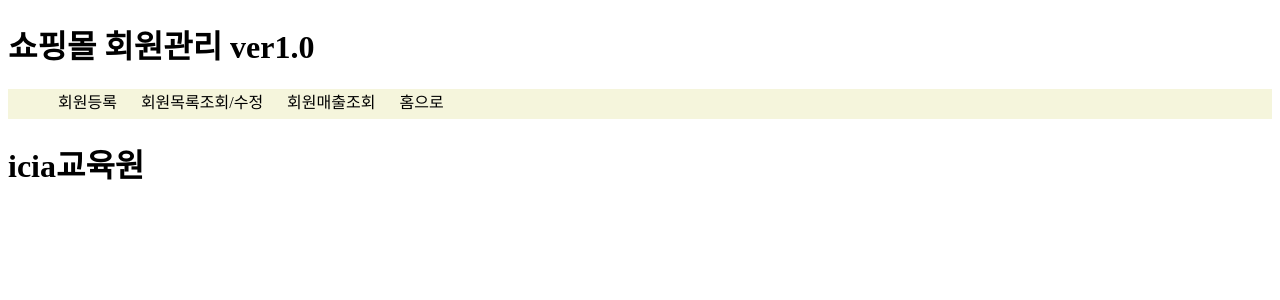
Repository: Kim-seongjun/javastudy2
Page: http://localhost/back_end_test/
The author's editor kept a copy of each file at every save. The page is drawn from the files as they stood at one save, then again after the next save.
The browser window is 1280 px wide. The pictures show the whole page.
The page is served by Tomcat 9.

Above is the page before, as saved 2020-01-22 01:08:19.

After the next save:
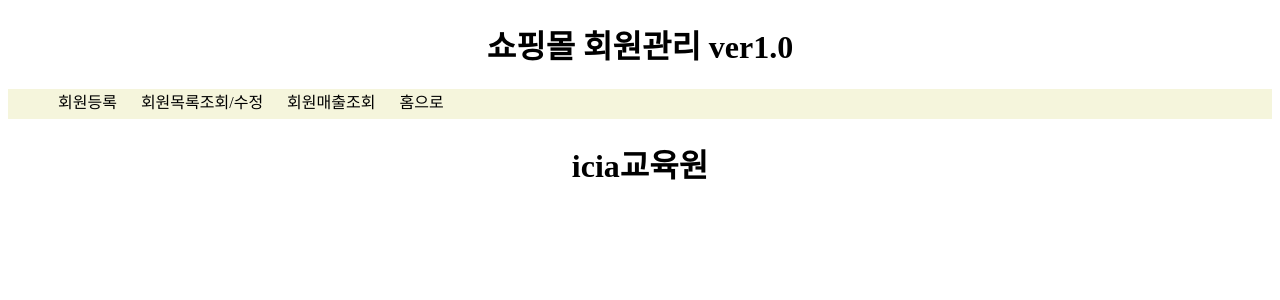
Saved 87 s later.
--- a/back_end_test/WebContent/header.jsp
+++ b/back_end_test/WebContent/header.jsp
@@ -5,6 +5,9 @@
 <head>
 <meta charset="UTF-8">
 <title>Insert title here</title>
+<style>
+	h1{text-align: center;}
+</style>
 </head>
 <body>
 <h1>쇼핑몰 회원관리 ver1.0</h1>

After the save that followed:
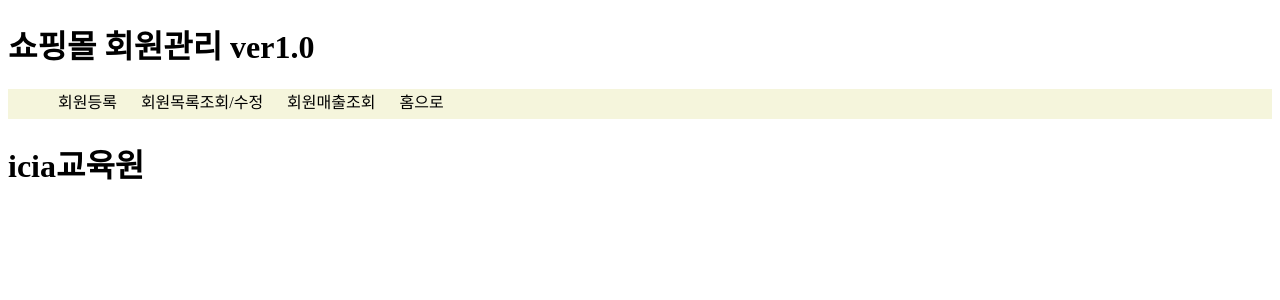
Saved 2 min 3 s later.
--- a/back_end_test/WebContent/header.jsp
+++ b/back_end_test/WebContent/header.jsp
@@ -6,7 +6,7 @@
 <meta charset="UTF-8">
 <title>Insert title here</title>
 <style>
-	h1{text-align: center;}
+
 </style>
 </head>
 <body>
